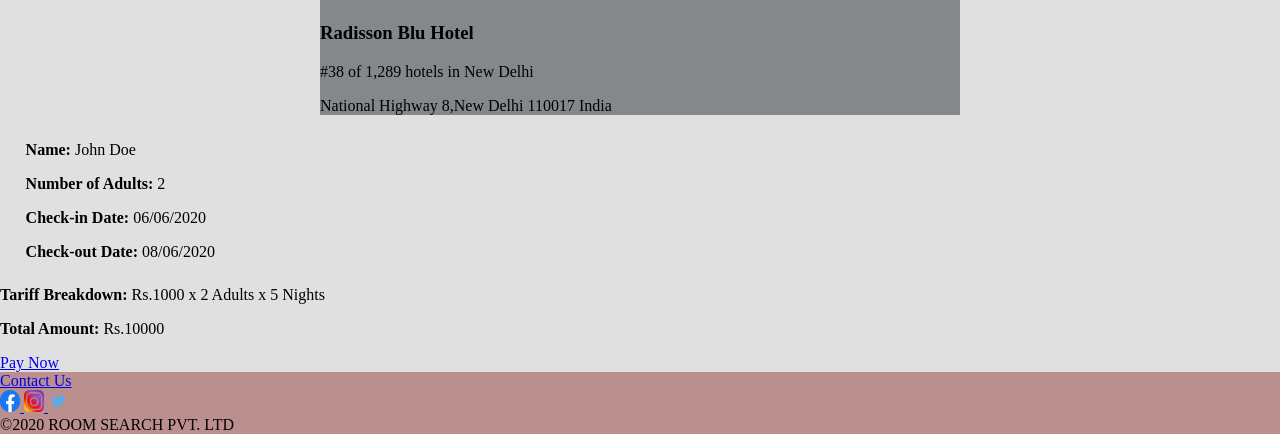
Repository: Aditya-work/Hotel-Booking-Website
Page: payment.html
These files come from the project's save history. The page is drawn as it stood at one moment and after a run of saves; the edit follows.
The browser window is 1280 px wide. The pictures show the part of the page from y = 590 to 1117 px (the page is 1024 px tall before and 1117 px after).

Above is the page before, as saved 2020-07-14 14:43:41.

### payment.html
<!DOCTYPE html>
<html lang="en">
<head>
    <meta charset="UTF-8">
    <meta name="viewport" content="width=device-width, initial-scale=1.0">
    <title>Payment</title>
    <link rel="stylesheet" href="./styles/common.css">
    <link rel="stylesheet" href="./styles/payment.css">
</head>
<body>
   <!-- Wrap Div -->
    <div class="main">

        <!-- Header -->
        <header>
            <a href="./index.html">
                <img src="./assests/images/logo.png" alt="logo"/>
            </a>
            <a href="./login.html" target="_blank">Login</a>
        </header>

        <!-- Content -->
        <div class="content">
            <div class="hotel-details">
                <img src="https://media-cdn.tripadvisor.com/media/photo-w/17/b3/09/b4/by-the-poolside.jpg"
                    alt="Radisson Blu Hotel"/>
                <br>
                <h3>Radisson Blu Hotel</h3>
                <div class="address">
                    <p>#38 of 1,289 hotels in New Delhi</p>
                    <p>National Highway 8,New Delhi 110017 India</p>
                </div>
            </div>
            <div class="customer-details">
                <p><b>Name:</b> John Doe</p>
                <p><b>Number of Adults:</b> 2</p>
                <p><b>Check-in Date:</b> 06/06/2020</p>
                <p><b>Check-out Date:</b> 08/06/2020</p>
            </div>
            <div class="payment-details">
                <p><b>Tariff Breakdown:</b> Rs.1000 x 2 Adults x 5 Nights</p>
                <p><b>Total Amount:</b> Rs.10000</p>
            </div>
            <a href="#">Pay Now</a>
        </div>
        <!-- Footer -->
        <footer>
            <div>
                <a href="./contact.html" target="_self">Contact Us</a>
            </div>
            <div class="social-media-icons">
                <a href="https://www.facebook.com/"  target="_blank">
                    <img src="./assests/images/facebook.png" alt="Fackbook"/>
                </a>
                <a href="https://www.instagram.com/"  target="_blank">
                    <img src="./assests/images/instagram.png" alt="Instagram"/>
                </a>
                <a href="https://www.twitter.com/"  target="_blank">
                    <img src="./assests/images/twitter.png" alt="Twitter"/>
                </a>
            </div>
            <div><span>&copy;2020 ROOM SEARCH PVT. LTD</span></div>
        </footer>
    </div>
</body>
</html>

### styles/common.css
/* *{
    margin: 0;
    padding: 0;
} */

body, .main{
    width: 100vw;
    height: 100vh;
    background-color: #e0e0e0;
    margin: 0;
    padding: 0;
}

header,footer{
    background-color: rosybrown;
}

/******************* Header ******************/

header img{
    width: 60px;
    height: 60px;
}

/******************* Footer ******************/

footer a img{
    width: 20px;
    height: 22px;
}

### styles/payment.css

.hotel-details img{
    width: 500px;
    height:500px;
}

.hotel-details{
    background-color: rgb(132,136,139);
    width: 50%;
    height:20%;
    margin: 2% auto;
}

.customer-details{
    margin: 2%;
}

.pa

After the next 5 saves:
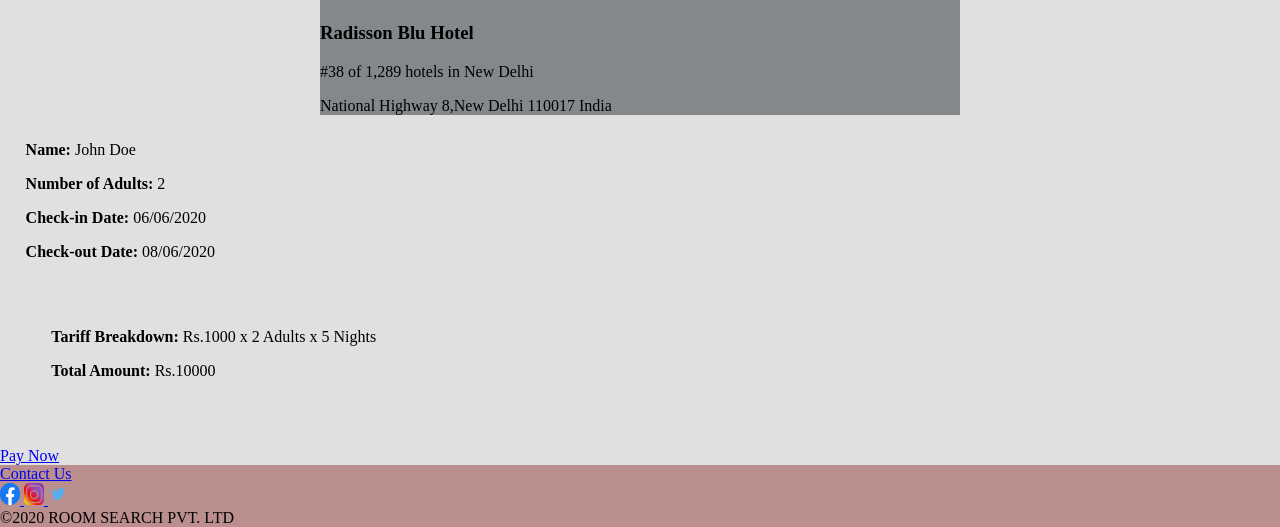
The 5 saves are shown as one change because they came seconds apart.
The last was saved 13 s later.
--- a/styles/payment.css
+++ b/styles/payment.css
@@ -15,4 +15,7 @@
     margin: 2%;
 }
 
-.pa
+.payment-details{
+    margin: 2%;
+    padding: 2%;
+}
